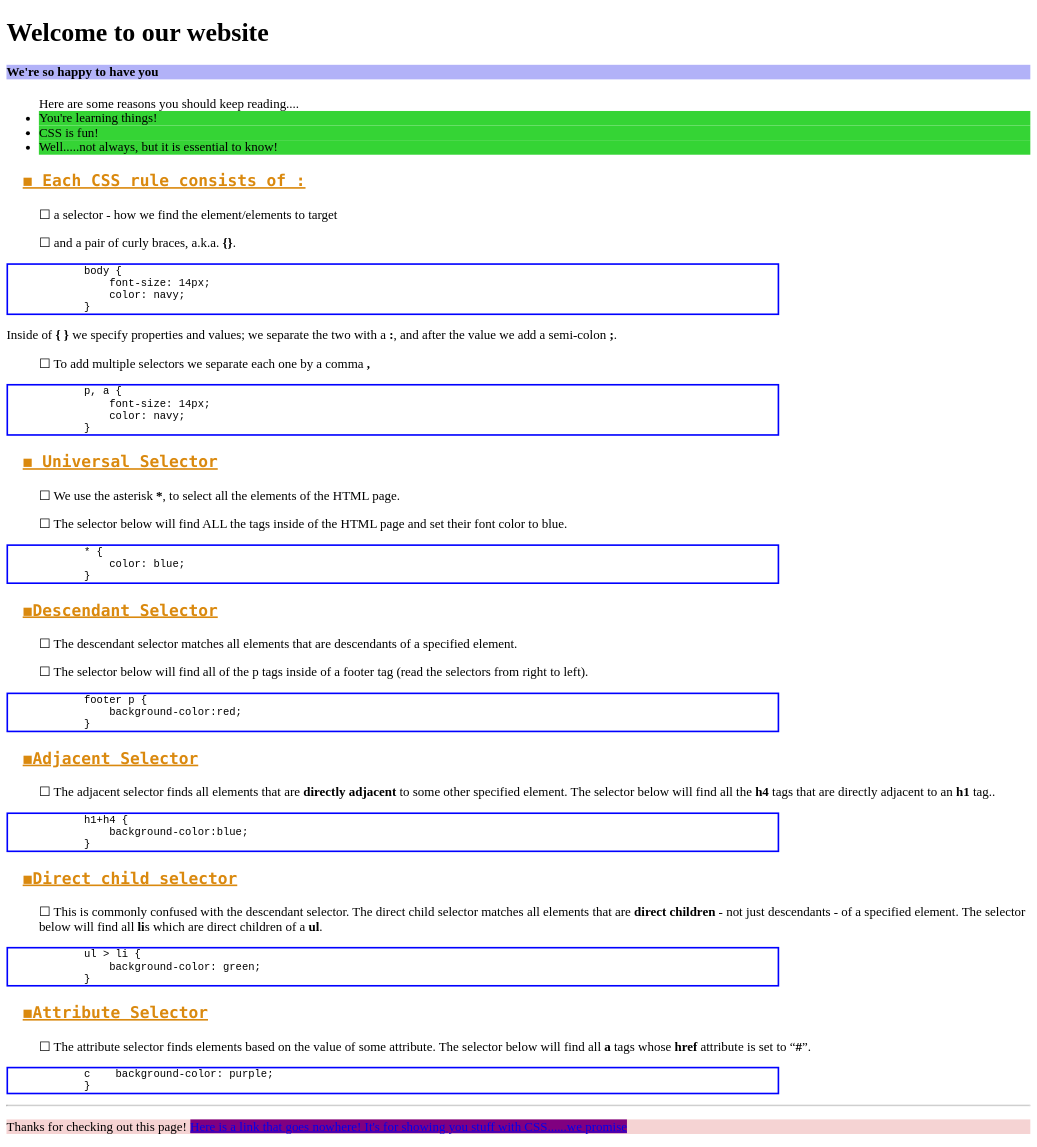
Repository: AnnaSpirit/Tests__
Page: CSS/Useful_Selectors.html
The author's editor kept a copy of each file at every save. The page is drawn from the files as they stood at one save, then again after the next save.
The browser window is 1280 px wide. The pictures show the whole page, at 81% of full size.

Above is the page before, as saved 2024-04-01 17:50:27.

### CSS/Useful_Selectors.html
<!DOCTYPE html>
<html lang="en">
<head>
    <meta charset="UTF-8">
    <meta name="viewport" content="width=device-width, initial-scale=1.0">
    <title>Useful Selectors</title>
    <link rel="stylesheet" href="style_Selectors.css">
</head>
<body>
    <header>
        <h1>Welcome to our website</h1>
        <h4>We're so happy to have you</h4>
    </header>
    <section>
        <ul> Here are some reasons you should keep reading....
            <li>You're learning things!</li>
            <li>CSS is fun!</li>
            <li>Well.....not always, but it is essential to know!</li>
        </ul>
    </section>
    <section>
        <h3 style="padding-left: 20px;"> &#9724; Each CSS rule consists of :</h3>
            <p style="padding-left: 40px;"> &#9744; a selector - how we find the element/elements to target</p>
            <p style="padding-left: 40px;"> &#9744; and a pair of curly braces, a.k.a. <b>{}</b>.</p>
    <span >
        <pre style="border: 2px solid blue; margin-right: 310px">
            body {
                font-size: 14px;
                color: navy;
            }</pre></span>
    <p>Inside of <b>{ }</b> we specify properties and values; we separate the two with a <b>:</b>, and after the value we add a semi-colon <b>;</b>.</p>
            <p style="padding-left: 40px;"> &#9744; To add multiple selectors we separate each one by a comma <b>,</b></p>
    <span>
        <pre style="border: 2px solid blue; margin-right: 310px">
            p, a {
                font-size: 14px;
                color: navy;
            }</pre>
        </span>
        <h3 style="padding-left: 20px;"> &#9724; Universal Selector</h3>
        <p style="padding-left: 40px;">&#9744; We use the asterisk <b>*</b>, to select all the elements of the HTML page.</p>
        <p style="padding-left: 40px;">&#9744; The selector below will find ALL the tags inside of the HTML page and set their font color to blue.</p>
    <span>
        <pre style="border: 2px solid blue; margin-right: 310px">
            * {
                color: blue;
            }</pre>
    </span>
    <h3 style="padding-left: 20px;"> &#9724;Descendant Selector</h3>
    <p style="padding-left: 40px;">&#9744; The descendant selector matches all elements that are descendants of a specified element.</p>
    <p style="padding-left: 40px;">&#9744; The selector below will find all of the p tags inside of a footer tag (read the selectors from right to left).</p>
    <span>
        <pre style="border: 2px solid blue; margin-right: 310px">
            footer p {
                background-color:red;
            }</pre>
    </span>
    <h3 style="padding-left: 20px;"> &#9724;Adjacent Selector</h3>
    <p style="padding-left: 40px;">&#9744; The adjacent selector finds all elements that are <b>directly adjacent</b> to some other specified element. The selector below
    will find all the <b>h4</b> tags that are directly adjacent to an <b>h1</b> tag..</p>
    <span>
        <pre style="border: 2px solid blue; margin-right: 310px">
            h1+h4 {
                background-color:blue;
            }</pre>
    </span>
    <h3 style="padding-left: 20px;"> &#9724;Direct child selector</h3>
    <p style="padding-left: 40px;">&#9744; This is commonly confused with the descendant selector. The direct child selector matches all elements that are <b>direct
    children</b> - not just descendants - of a specified element. The selector below will find all <b>li</b>s which are direct children
    of a <b>ul</b>.</p>
    <span>
        <pre style="border: 2px solid blue; margin-right: 310px">
            ul > li {
                background-color: green;
            }</pre>
    </span>
    <h3 style="padding-left: 20px;"> &#9724;Attribute Selector</h3>
    <p style="padding-left: 40px;">&#9744; The attribute selector finds elements based on the value of some attribute. The selector below will find all <b>a</b> tags
    whose <b>href</b> attribute is set to “<b>#</b>”.</p>
    <span>
        <pre style="border: 2px solid blue; margin-right: 310px">
            c    background-color: purple;
            }</pre>
    </span>
    </section>
    <hr>
    <footer>

        <p>
            Thanks for checking out this page!
            <a href="#">Here is a link that goes nowhere! It's for showing you stuff with CSS......we promise</a>
        </p>
    </footer>
</body>
</html>

### CSS/style_Selectors.css
/* Universal Selector */
/* * {
    color: brown;
} */
ul>li {
    background-color: rgb(53, 212, 53);
}

h3{
    color: rgb(218, 137, 14);
    font-family: "Lucida Console", Monaco, monospace;
    font-size: 20px;
    color: #DA890E;
    text-decoration: underline rgb(218, 137, 14);
}
h1+h4 {
    background-color: rgb(178, 178, 248);
}
a[href="#"] {
    background-color: purple;
}

footer p {
    background-color: rgb(245, 211, 211);
}

After the next save:
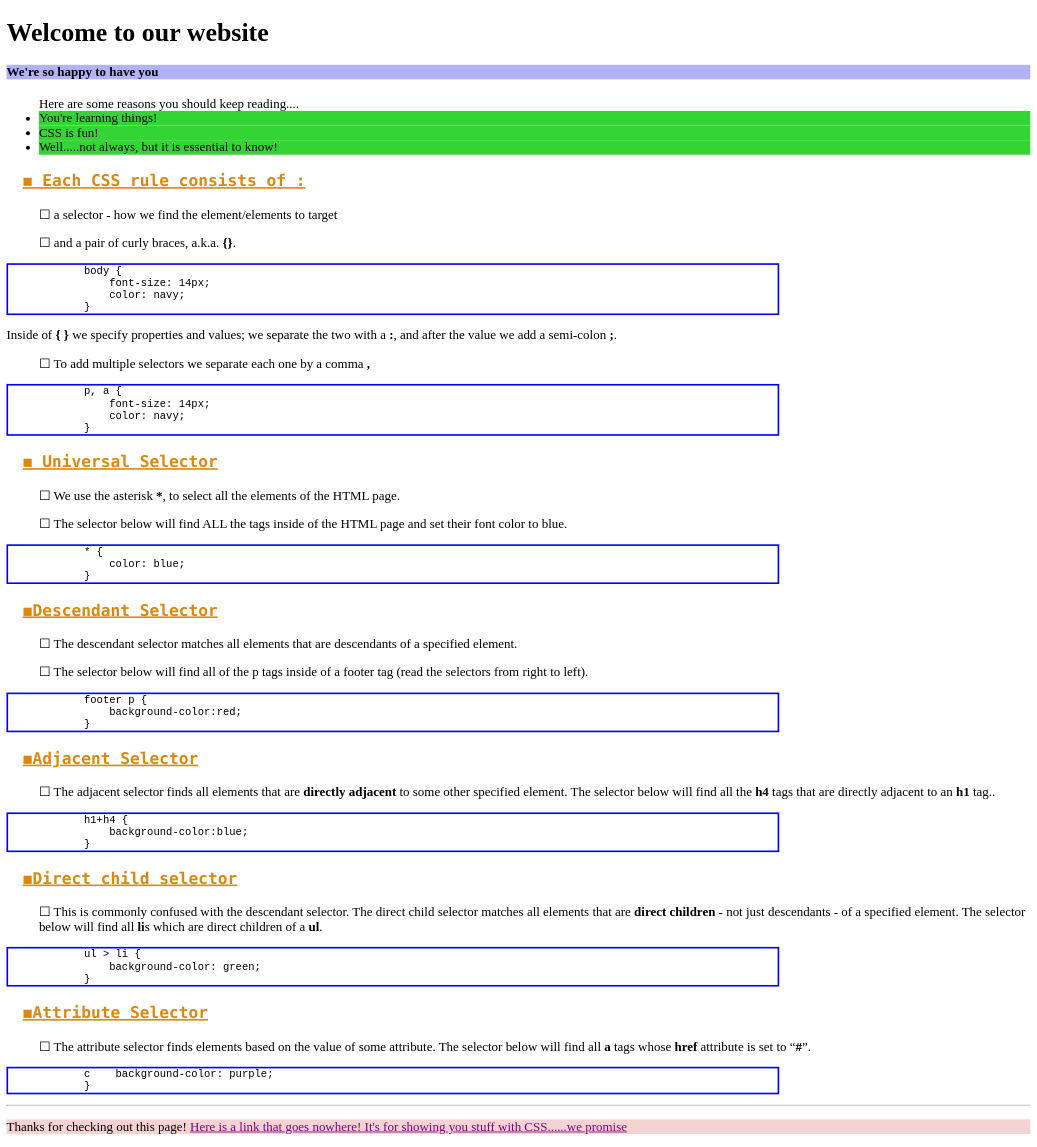
Saved 16 s later.
--- a/CSS/style_Selectors.css
+++ b/CSS/style_Selectors.css
@@ -17,7 +17,7 @@ h1+h4 {
     background-color: rgb(178, 178, 248);
 }
 a[href="#"] {
-    background-color: purple;
+    color: purple;
 }
 
 footer p {
